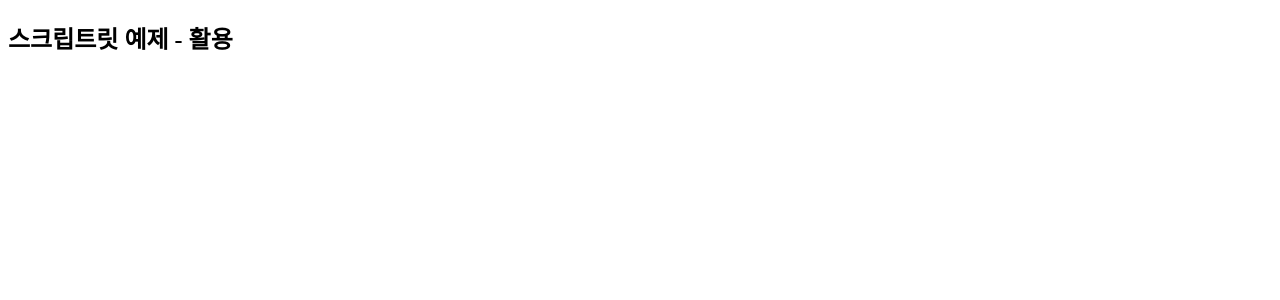
Repository: matodale/StudyJSP
Page: http://localhost/StudyJSP/ch05/scriptletTest2.jsp
An editor plug-in stored every save of this project. The page is shown before and after the next save, followed by the edit.
The browser window is 1280 px wide. The pictures show the whole page.
The page is served by Tomcat 9.

Above is the page before, as saved 2022-12-21 03:30:51.

After the next save:
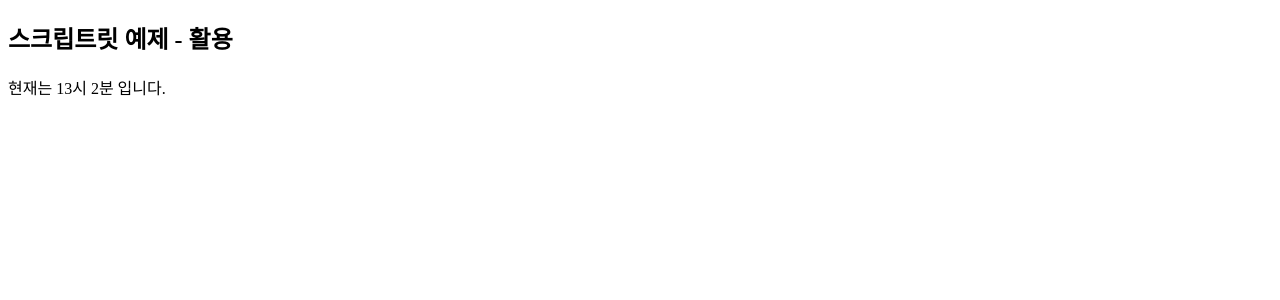
Saved 56 s later.
--- a/StudyJSP/src/main/webapp/ch05/scriptletTest2.jsp
+++ b/StudyJSP/src/main/webapp/ch05/scriptletTest2.jsp
@@ -12,5 +12,8 @@
 <%
 Timestamp now = new Timestamp(System.currentTimeMillis());
 %>
+<p>
+현재는 <%=now.getHours()%>시 <%=now.getMinutes()%>분 입니다.
+</p>
 </body>
 </html>
